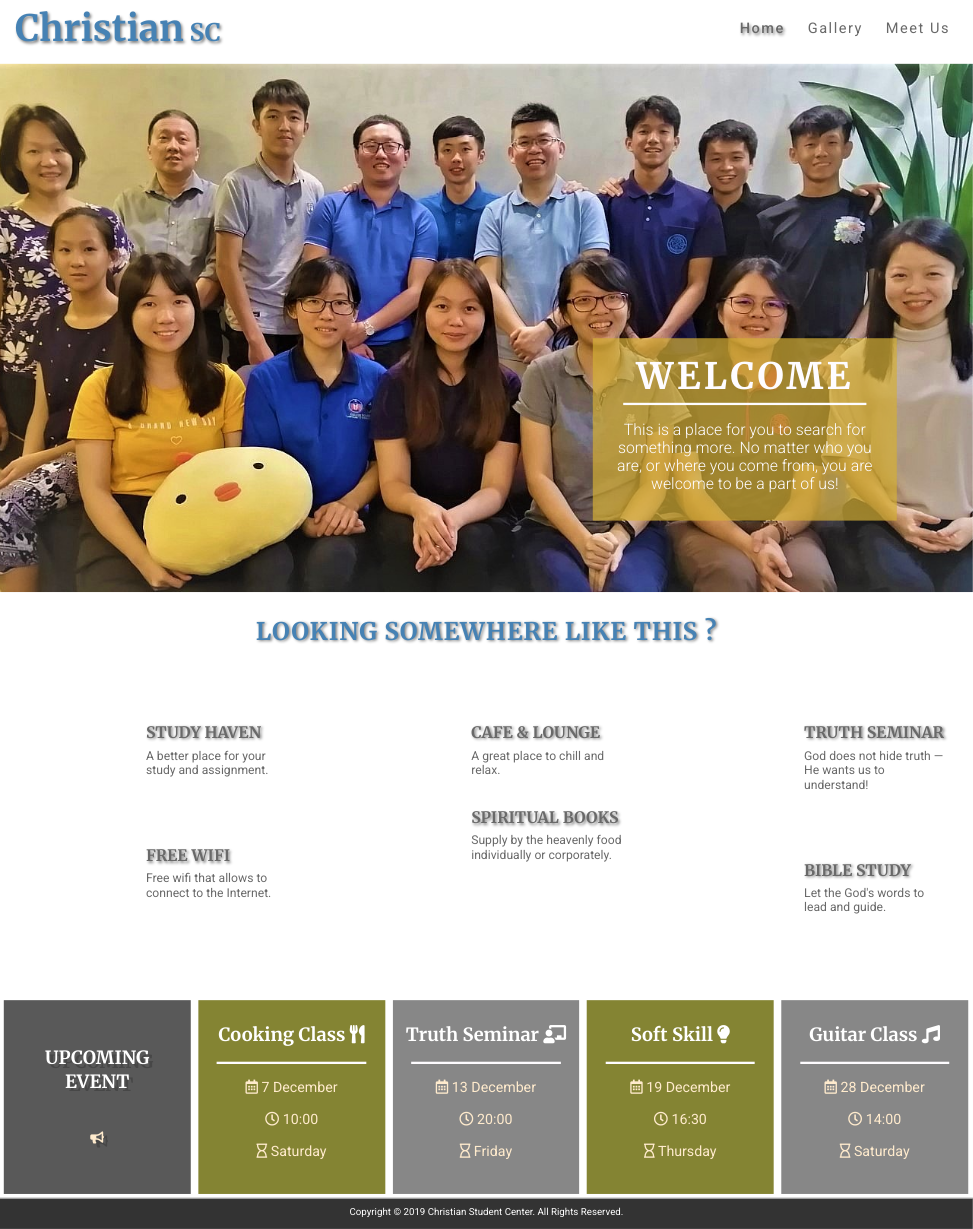
Repository: kongteckmee/christian-sc
Page: index.html
The author's editor kept a record of every edit. The page is drawn from the files as they stood at one moment, then again after the next edit.
The browser window is 1280 px wide. The pictures show the whole page, at 76% of full size.
Some web libraries are served in a nearby version.

Above is the page before.

After the next edit:
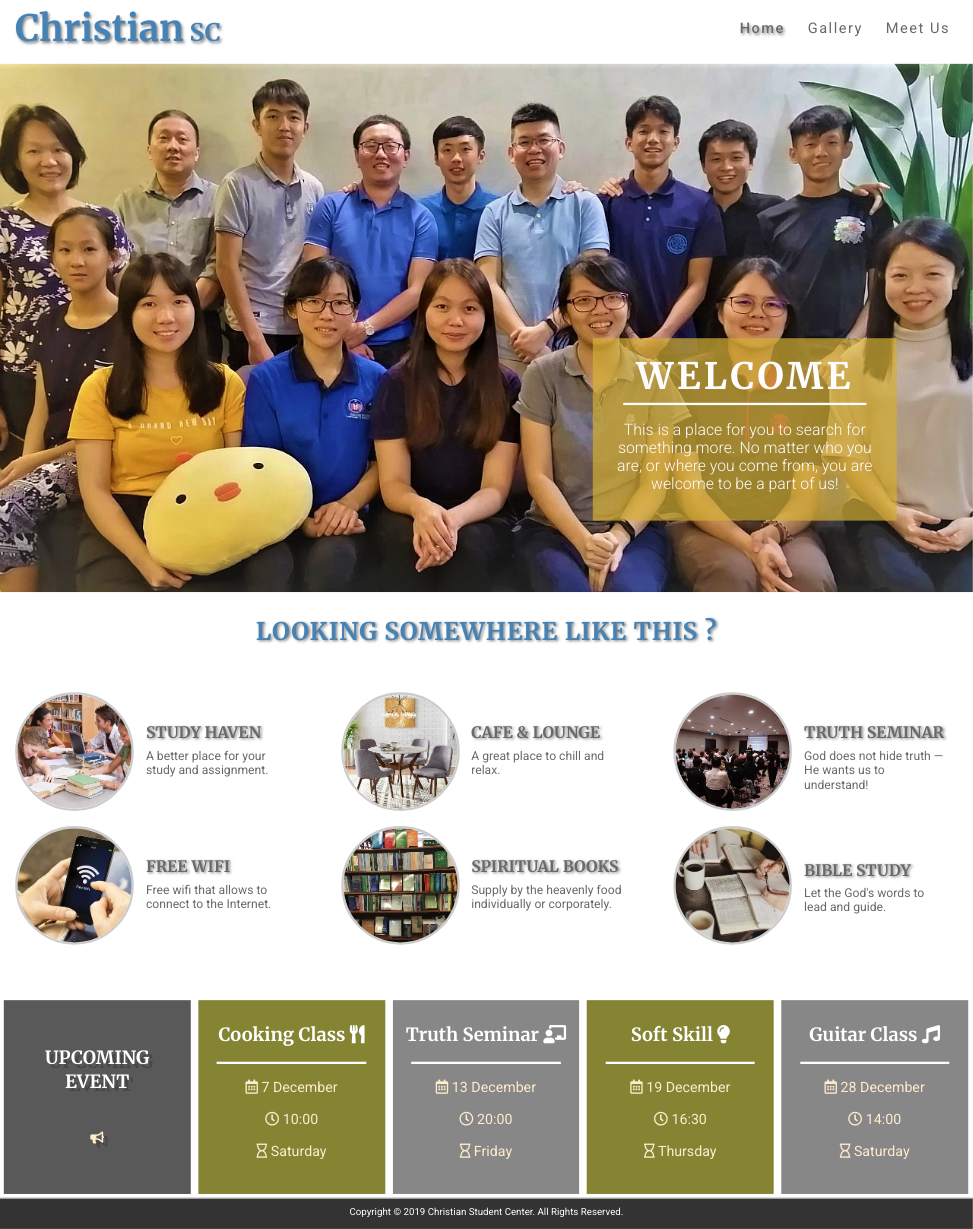
The edit:
--- a/assets/css/style.css
+++ b/assets/css/style.css
@@ -168,7 +168,7 @@
     margin-right: 20px;
 }
 
-#container {
+.container {
     width: 150px;
     height: 150px;
     border: 3px solid #cccccc;
